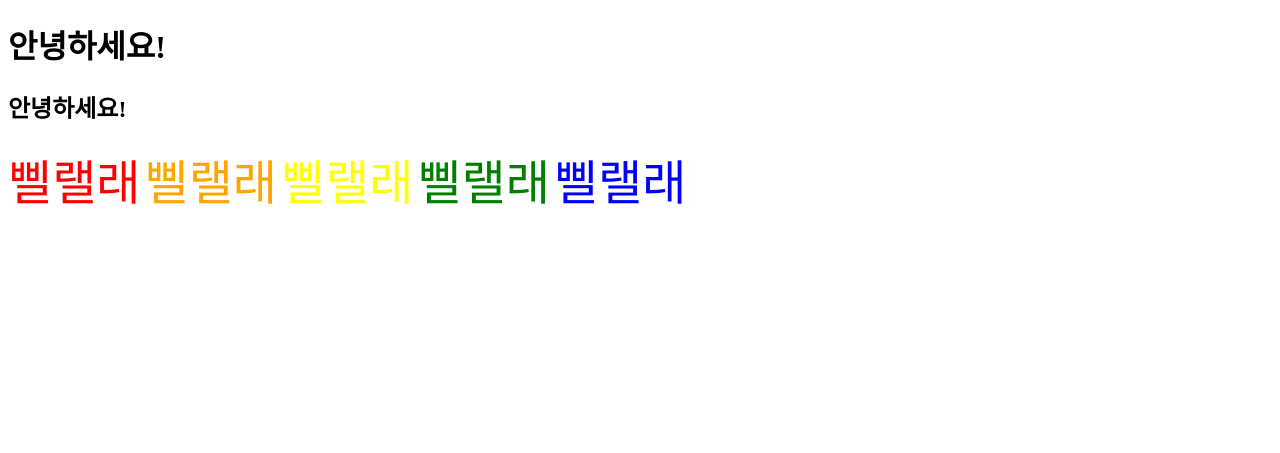
Repository: carminesteel/java
Page: 0403/ex03/WebContent/ex01.html
These files come from the project's save history. The page is drawn as it stood at one moment and after the next save; the edit follows.
The browser window is 1280 px wide. The pictures show the whole page.

Above is the page before, as saved 2020-04-03 07:41:33.

After the next save:
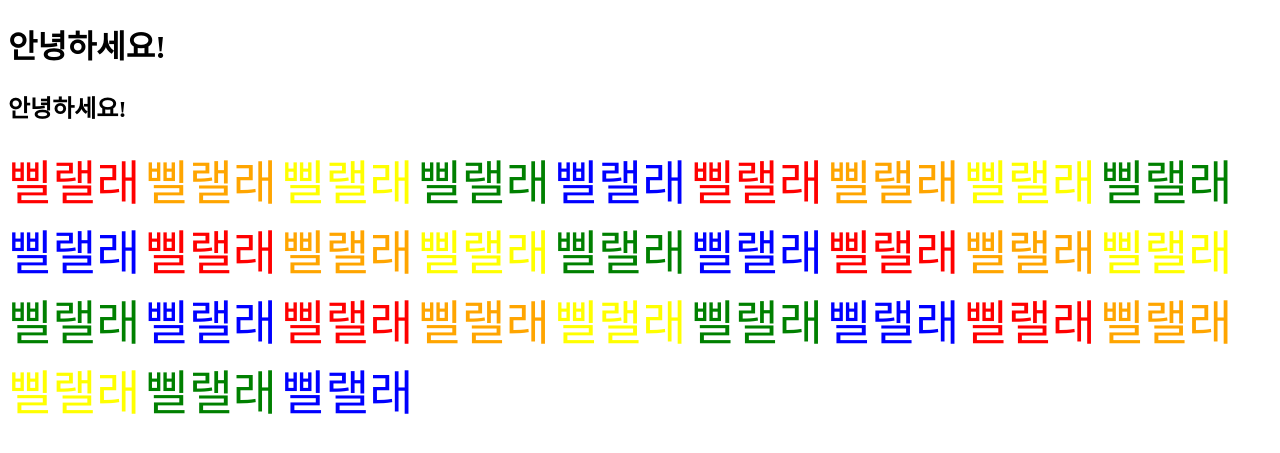
Saved 27 s later.
--- a/0403/ex03/WebContent/ex01.html
+++ b/0403/ex03/WebContent/ex01.html
@@ -12,5 +12,30 @@
 	<font color="yellow" size=30>삘랠래</font>
 	<font color="green" size=30>삘랠래</font>
 	<font color="blue" size=30>삘랠래</font>
+		<font color="red" size=30>삘랠래</font>
+	<font color="orange" size=30>삘랠래</font>
+	<font color="yellow" size=30>삘랠래</font>
+	<font color="green" size=30>삘랠래</font>
+	<font color="blue" size=30>삘랠래</font>
+		<font color="red" size=30>삘랠래</font>
+	<font color="orange" size=30>삘랠래</font>
+	<font color="yellow" size=30>삘랠래</font>
+	<font color="green" size=30>삘랠래</font>
+	<font color="blue" size=30>삘랠래</font>
+		<font color="red" size=30>삘랠래</font>
+	<font color="orange" size=30>삘랠래</font>
+	<font color="yellow" size=30>삘랠래</font>
+	<font color="green" size=30>삘랠래</font>
+	<font color="blue" size=30>삘랠래</font>
+		<font color="red" size=30>삘랠래</font>
+	<font color="orange" size=30>삘랠래</font>
+	<font color="yellow" size=30>삘랠래</font>
+	<font color="green" size=30>삘랠래</font>
+	<font color="blue" size=30>삘랠래</font>
+		<font color="red" size=30>삘랠래</font>
+	<font color="orange" size=30>삘랠래</font>
+	<font color="yellow" size=30>삘랠래</font>
+	<font color="green" size=30>삘랠래</font>
+	<font color="blue" size=30>삘랠래</font>
 </body>
 </html>
